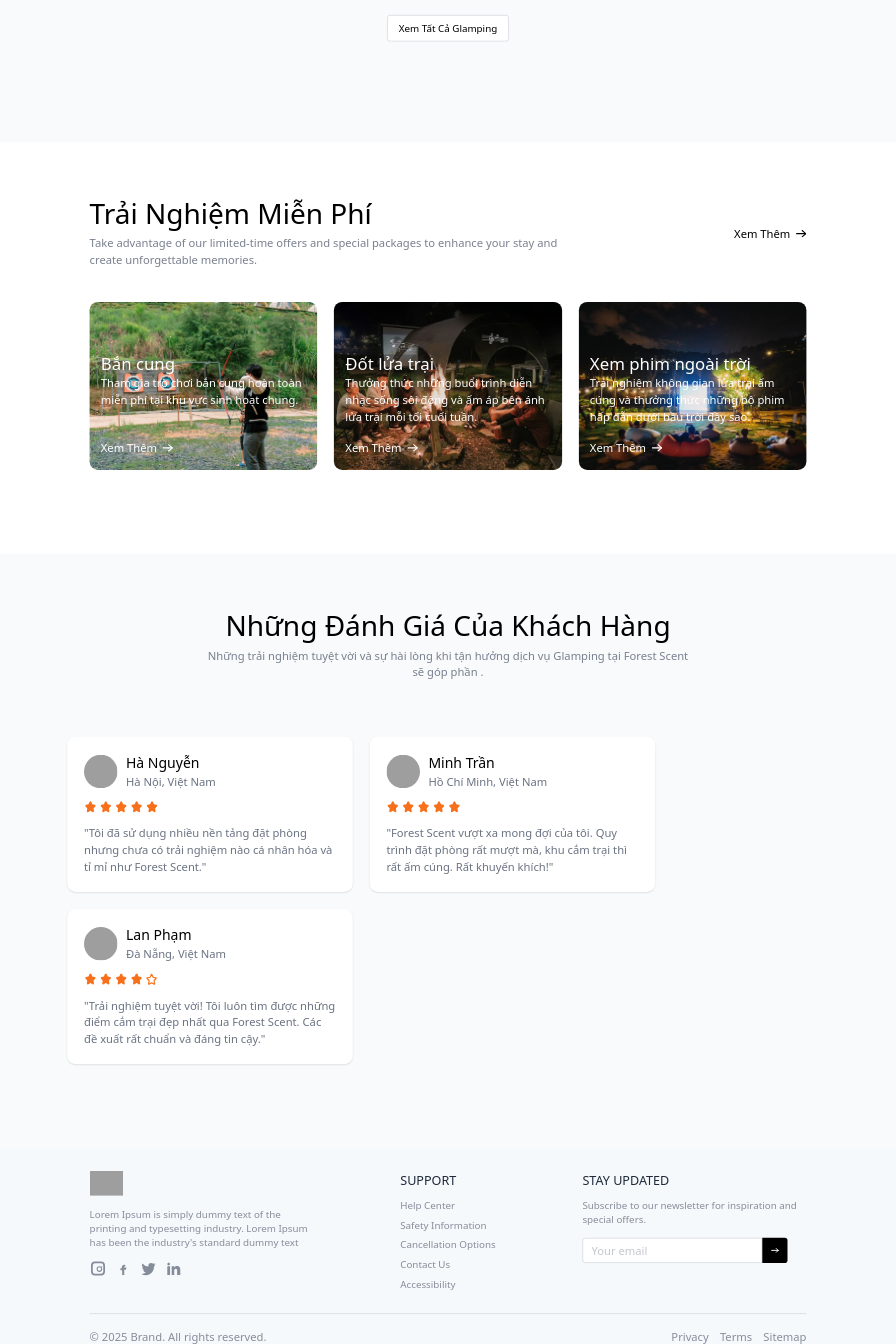
Repository: Ponn-Star/My-App
Page: / (app in FrontEnd/)
The author's editor kept a copy of each file at every save. The page is drawn from the files as they stood at one save, then again after the next save.
The browser window is 1280 px wide. The pictures show the part of the page from y = 1396 to 3316 px (the page is 3337 px tall), at 70% of full size.
Pictures or frames that could not be fetched are drawn as grey boxes. The page's requests for data from a server got no answer. The project was rebuilt for these pictures with package versions that can differ from the ones it lists, and the page was loaded fresh each time. Some packages were replaced by stand-ins written for this rebuild. No one was signed in, and anything a server would have sent is missing. Also part of the build but not shown: FrontEnd/vite.config.js, FrontEnd/src/assets/assets.js, FrontEnd/src/components/Admin/Navbar.jsx, FrontEnd/src/pages/AllRooms.jsx, FrontEnd/src/pages/RoomDetails.jsx, FrontEnd/src/pages/MyBookings.jsx, FrontEnd/src/components/Admin/Sidebar.jsx, FrontEnd/src/pages/Admin/Layout.jsx and 5 more.

Above is the page before, as saved 2025-06-06 00:16:07.

### FrontEnd/index.html
<!doctype html>
<html lang="en">
  <head>
    <meta charset="UTF-8" />
    <link rel="icon" type="image/svg+xml" href="/favicon.svg" />
    <meta name="viewport" content="width=device-width, initial-scale=1.0" />
    <title>Booking</title>
  </head>
  <body>
    <div id="root"></div>
    <script type="module" src="/src/main.jsx"></script>
  </body>
</html>

### FrontEnd/src/main.jsx
import { StrictMode } from 'react'
import { createRoot } from 'react-dom/client'
import './index.css'
import App from './App.jsx'
import { BrowserRouter } from 'react-router-dom'
import { ClerkProvider } from '@clerk/clerk-react'
import { AppProvider } from './conext/AppContext.jsx'

const PUBLISHABLE_KEY = import.meta.env.VITE_CLERK_PUBLISHABLE_KEY

if (!PUBLISHABLE_KEY) {
  throw new Error('Add your Clerk Publishable Key to the .env file')
}

createRoot(document.getElementById('root')).render(
  <ClerkProvider publishableKey={PUBLISHABLE_KEY} afterSignOutUrl="/">
    <BrowserRouter>
      <AppProvider>
        <App />
      </AppProvider>
    </BrowserRouter>
    </ClerkProvider>,
)

### FrontEnd/src/App.jsx
import React from 'react'
import Navbar from './components/Navbar'
import AdminNavbar from './components/Admin/Navbar'
import { Route, Routes, useLocation } from 'react-router-dom'
import Home from './pages/Home'
import AllRooms from './pages/AllRooms';
import RoomDetails from './pages/RoomDetails';
import Footer from './components/Footer';
import MyBookings from './pages/MyBookings';
import Layout from './pages/Admin/Layout';
import Dashboard from './pages/Admin/Dashboard';
import ListRoom from './pages/Admin/ListRoom';
import AddRoom from './pages/Admin/AddRoom';
import AdminRoute from './components/AdminRoute'
import { Toaster } from 'react-hot-toast';
import Loader from './components/Loader'

function App() {

  const location = useLocation();
  const isAdminRoute = location.pathname.startsWith('/admin');

  return (
    <div>
      <Toaster />
      {isAdminRoute ? <AdminNavbar /> : <Navbar />}
      <div className='min-h-[70vh]'>
        <Routes>
        <Route path='/' element={<Home />} />
        <Route path='/rooms' element={<AllRooms />} />
        <Route path='/rooms/:id' element={<RoomDetails />} />
        <Route path='/my-bookings' element={<MyBookings />} />
        <Route path='/loader/:nextUrl' element={<Loader/>} />

        <Route path='/admin' element={<Layout />}>
          <Route index element={
            <AdminRoute>
              <Dashboard />
            </AdminRoute>
          } />
          <Route path='add-room' element={
            <AdminRoute>
              <AddRoom />
            </AdminRoute>
          } />
          <Route path='list-room' element={
            <AdminRoute>
              <ListRoom />
            </AdminRoute>
          } />
        </Route>
      </Routes>
      </div>
      <Footer />
    </div>
  )
}

export default App

### FrontEnd/src/conext/AppContext.jsx
import axios from "axios";
import { createContext, useContext, useState } from "react";
import { useNavigate } from "react-router-dom";
import { useUser, useAuth} from "@clerk/clerk-react";
import { toast } from 'react-hot-toast';
import { useEffect } from "react";


axios.defaults.baseURL = import.meta.env.VITE_BACKEND_URL;

const AppContext = createContext();

export const AppProvider = ({ children }) => {

    const currency = import.meta.env.VITE_CURENCY || ".000 VND";
    const navigate = useNavigate();
    const {user} = useUser();
    const { getToken } = useAuth();

    const [isOwner, setIsOwner] = useState(false)
    const [showRoomReg, setRoomReg] = useState(false)
    const [searchedRoomType, setsearchedRoomType] = useState([])

    const fetchUser = async ()=>{
        try {
            const { data } = await axios.get('/api/user', {
                headers: { Authorization: `Bearer ${await getToken()}` }
            });

            if (data.success) {
                setIsOwner(data.role === "Admin");
                setsearchedRoomType(data.recentSearchedRoomType);
            } else {
                setTimeout(() => {
                fetchUser();
                }, 5000);
            }
            } catch (error) {
                toast.error(error.message)
            }
        }

        useEffect(()=> {
            if(user){
                fetchUser();
            }
        },[user])


  const value = {
        currency, navigate, user, getToken, isOwner, setIsOwner, axios, showRoomReg, setRoomReg, searchedRoomType, setsearchedRoomType
  }

  return (
    <AppContext.Provider value={value}>
      {children}
    </AppContext.Provider>
  )
}

export const useAppContext = ()=> useContext(AppContext);

### FrontEnd/src/pages/Home.jsx
import React from 'react'
import Hero from '../components/Hero'
import FeaturedDestination from '../components/FeaturedDestination'
import ExclusiveOffers from '../components/ExclusiveOffers'
import Testimonial from '../components/Testimonial'

const Home = () => {
  return (
    <>
      <Hero />
      <FeaturedDestination />
      <ExclusiveOffers />
      <Testimonial />
    </>
  )
}

export default Home

### FrontEnd/src/components/Footer.jsx
import React from 'react'

const Footer = () => {
    return (
        <div className='bg-[#F6F9FC] text-gray-500/80 pt-8 px-6 md:px-16 lg:px-24 xl:px-32'>
            <div className='flex flex-wrap justify-between gap-12 md:gap-6'>
                <div className='max-w-80'>
                    <img src="https://raw.githubusercontent.com/prebuiltui/prebuiltui/main/assets/dummyLogo/dummyLogoColored.svg" alt="logo" className='mb-4 h-8 md:h-9' />
                    <p className='text-sm'>
                        Lorem Ipsum is simply dummy text of the printing and typesetting industry. Lorem Ipsum has been the industry's standard dummy text
                    </p>
                    <div className='flex items-center gap-3 mt-4'>
                        {/* Instagram */}
                        <svg className="w-6 h-6" fill="currentColor" viewBox="0 0 24 24">
                            <path d="M7.75 2A5.75 5.75 0 002 7.75v8.5A5.75 5.75 0 007.75 22h8.5A5.75 5.75 0 0022 16.25v-8.5A5.75 5.75 0 0016.25 2h-8.5zM4.5 7.75A3.25 3.25 0 017.75 4.5h8.5a3.25 3.25 0 013.25 3.25v8.5a3.25 3.25 0 01-3.25 3.25h-8.5a3.25 3.25 0 01-3.25-3.25v-8.5zm9.5 1a4 4 0 11-4 4 4 4 0 014-4zm0 1.5a2.5 2.5 0 102.5 2.5 2.5 2.5 0 00-2.5-2.5zm3.5-.75a.75.75 0 11.75-.75.75.75 0 01-.75.75z" />
                        </svg>
                        {/* Facebook */}
                        <svg className="w-6 h-6" fill="currentColor" viewBox="0 0 24 24">
                            <path d="M13.5 9H15V6.5h-1.5c-1.933 0-3.5 1.567-3.5 3.5v1.5H8v3h2.5V21h3v-7.5H16l.5-3h-3z" />
                        </svg>
                        {/* Twitter */}
                        <svg className="w-6 h-6" fill="currentColor" viewBox="0 0 24 24">
                            <path d="M22 5.92a8.2 8.2 0 01-2.36.65A4.1 4.1 0 0021.4 4a8.27 8.27 0 01-2.6 1A4.14 4.14 0 0016 4a4.15 4.15 0 00-4.15 4.15c0 .32.04.64.1.94a11.75 11.75 0 01-8.52-4.32 4.14 4.14 0 001.29 5.54A4.1 4.1 0 013 10v.05a4.15 4.15 0 003.33 4.07 4.12 4.12 0 01-1.87.07 4.16 4.16 0 003.88 2.89A8.33 8.33 0 012 19.56a11.72 11.72 0 006.29 1.84c7.55 0 11.68-6.25 11.68-11.67 0-.18 0-.35-.01-.53A8.18 8.18 0 0022 5.92z" />
                        </svg>
                        {/* LinkedIn */}
                        <svg className="w-6 h-6" fill="currentColor" viewBox="0 0 24 24">
                            <path d="M4.98 3.5C3.88 3.5 3 4.38 3 5.48c0 1.1.88 1.98 1.98 1.98h.02c1.1 0 1.98-.88 1.98-1.98C6.98 4.38 6.1 3.5 4.98 3.5zM3 8.75h3.96V21H3V8.75zm6.25 0h3.8v1.68h.05c.53-.98 1.82-2.02 3.75-2.02 4.01 0 4.75 2.64 4.75 6.07V21H17v-5.63c0-1.34-.03-3.07-1.88-3.07-1.88 0-2.17 1.47-2.17 2.98V21H9.25V8.75z" />
                        </svg>
                    </div>
                </div>

                <div>
                    <p className='text-lg text-gray-800'>SUPPORT</p>
                    <ul className='mt-3 flex flex-col gap-2 text-sm'>
                        <li><a href="#">Help Center</a></li>
                        <li><a href="#">Safety Information</a></li>
                        <li><a href="#">Cancellation Options</a></li>
                        <li><a href="#">Contact Us</a></li>
                        <li><a href="#">Accessibility</a></li>
                    </ul>
                </div>

                <div className='max-w-80'>
                    <p className='text-lg text-gray-800'>STAY UPDATED</p>
                    <p className='mt-3 text-sm'>
                        Subscribe to our newsletter for inspiration and special offers.
                    </p>
                    <div className='flex items-center mt-4'>
                        <input type="text" className='bg-white rounded-l border border-gray-300 h-9 px-3 outline-none' placeholder='Your email' />
                        <button className='flex items-center justify-center bg-black h-9 w-9 aspect-square rounded-r'>
                            {/* Arrow icon */}
                            <svg className="w-4 h-4 text-white" aria-hidden="true" xmlns="http://www.w3.org/2000/svg" width="24" height="24" fill="none" viewBox="0 0 24 24"><path stroke="currentColor" strokeLinecap="round" strokeLinejoin="round" strokeWidth="2" d="M19 12H5m14 0-4 4m4-4-4-4" /></svg>
                        </button>
                    </div>
                </div>
            </div>
            <hr className='border-gray-300 mt-8' />
            <div className='flex flex-col md:flex-row gap-2 items-center justify-between py-5'>
                <p>© {new Date().getFullYear()} Brand. All rights reserved.</p>
                <ul className='flex items-center gap-4'>
                    <li><a href="#">Privacy</a></li>
                    <li><a href="#">Terms</a></li>
                    <li><a href="#">Sitemap</a></li>
                </ul>
            </div>
        </div>
    );
};

export default Footer;

### FrontEnd/src/components/Hero.jsx
import React from 'react'
import { roomTypes } from '../assets/assets'

const Hero = () => {
  return (
    <div className='flex flex-col items-start justify-center px-6 md:px-16 lg:px-24 xl:px-32 text-white bg-[url("/src/assets/nen.jpg")] bg-no-repeat bg-cover bg-center h-screen'>
      <p className="bg-[#49B9FF]/50 px-3.5 py-1 rounded-full mt-20">The Premium Glamping</p>
      <h1 className="font-playfair text-2x1 md:text-5x1 md:text-[50px] md:leading-[56px] font-bold md:font-extrabold max-w-xl mt-4">CỰC CHILL CẮM TRẠI BBQ TRƯỚC LỀU!</h1>
      <p className="max-w-170 mt-2 text-sm md:text-base">Giữa rừng thông lặng lẽ, 𝐅𝐨𝐫𝐞𝐬𝐭 𝐒𝐜𝐞𝐧𝐭 𝐆𝐥𝐚𝐦𝐩𝐢𝐧𝐠 & 𝐂𝐚𝐦𝐩𝐢𝐧𝐠 không ồn ào, không vội vã, không deadline. Chỉ cần xách balo lên và để 𝐅𝐨𝐫𝐞𝐬𝐭 𝐒𝐜𝐞𝐧𝐭 lo. Mọi thứ đã sẵn sàng để bạn “nghỉ ngơi” đúng nghĩa</p>

      <form className='bg-white text-gray-500 rounded-lg px-6 py-4 flex flex-col md:flex-row max-md:items-start gap-4 max-md:mx-auto mt-10'>

            <div>
                <div className='flex items-center gap-2'>
                    <svg className="w-4 h-4 text-gray-800" aria-hidden="true" xmlns="http://www.w3.org/2000/svg" width="24" height="24" fill="none" viewBox="0 0 24 24" >
                        <path stroke="currentColor" strokeLinecap="round" strokeLinejoin="round" strokeWidth="2" d="M4 10h16M8 14h8m-4-7V4M7 7V4m10 3V4M5 20h14a1 1 0 0 0 1-1V7a1 1 0 0 0-1-1H5a1 1 0 0 0-1 1v12a1 1 0 0 0 1 1Z" />
                    </svg>
                    <label htmlFor="destinationInput">Destination</label>
                </div>
                <input list='destinations' id="destinationInput" type="text" className=" rounded border border-gray-200 px-3 py-1.5 mt-1.5 text-sm outline-none" placeholder="Type here" required />
                <datalist id='destinations'>
                  {roomTypes.map((city, index) => (
                    <option value={index} key={city}/>
                  ))}
                  /</datalist>
            </div>

            <div>
                <div className='flex items-center gap-2'>
                    <svg className="w-4 h-4 text-gray-800" aria-hidden="true" xmlns="http://www.w3.org/2000/svg" width="24" height="24" fill="none" viewBox="0 0 24 24" >
                        <path stroke="currentColor" strokeLinecap="round" strokeLinejoin="round" strokeWidth="2" d="M4 10h16M8 14h8m-4-7V4M7 7V4m10 3V4M5 20h14a1 1 0 0 0 1-1V7a1 1 0 0 0-1-1H5a1 1 0 0 0-1 1v12a1 1 0 0 0 1 1Z" />
                    </svg>
                    <label htmlFor="checkIn">Check in</label>
                </div>
                <input id="checkIn" type="date" className=" rounded border border-gray-200 px-3 py-1.5 mt-1.5 text-sm outline-none" />
            </div>

            <div>
                <div className='flex items-center gap-2'>
                    <svg className="w-4 h-4 text-gray-800" aria-hidden="true" xmlns="http://www.w3.org/2000/svg" width="24" height="24" fill="none" viewBox="0 0 24 24" >
                        <path stroke="currentColor" strokeLinecap="round" strokeLinejoin="round" strokeWidth="2" d="M4 10h16M8 14h8m-4-7V4M7 7V4m10 3V4M5 20h14a1 1 0 0 0 1-1V7a1 1 0 0 0-1-1H5a1 1 0 0 0-1 1v12a1 1 0 0 0 1 1Z" />
                    </svg>
                    <label htmlFor="checkOut">Check out</label>
                </div>
                <input id="checkOut" type="date" className=" rounded border border-gray-200 px-3 py-1.5 mt-1.5 text-sm outline-none" />
            </div>

            <div className='flex md:flex-col max-md:gap-2 max-md:items-center'>
                <label htmlFor="guests">Guests</label>
                <input min={1} max={4} id="guests" type="number" className=" rounded border border-gray-200 px-3 py-1.5 mt-1.5 text-sm outline-none  max-w-16" placeholder="0" />
            </div>

            <button className='flex items-center justify-center gap-1 rounded-md bg-black py-3 px-4 text-white my-auto cursor-pointer max-md:w-full max-md:py-1' >
                <svg className="w-4 h-4 text-white" aria-hidden="true" xmlns="http://www.w3.org/2000/svg" width="24" height="24" fill="none" viewBox="0 0 24 24" >
                    <path stroke="currentColor" strokeLinecap="round" strokeWidth="2" d="m21 21-3.5-3.5M17 10a7 7 0 1 1-14 0 7 7 0 0 1 14 0Z" />
                </svg>
                <span>Search</span>
            </button>
        </form>
    </div>
  )
}

export default Hero

### FrontEnd/src/components/FeaturedDestination.jsx
import React from 'react'
import HotelCard from './HotelCard'
import { Rooms } from '../assets/assets'
import Title from './Title'
import { useNavigate } from 'react-router-dom'

const FeaturedDestination = () => {

  const navigate = useNavigate()

  return (
    <div className='flex flex-col items-center px-6 md:px-16 lg:px-24 bg-slate-50 py-20'>

        <Title title='Glampings' subTitle='Khám phá và trải nghiệm những dịch vụ mà Forest Scent mang đến cho bạn. Hãy lựa chọn Glamping – nơi hòa quyện giữa thiên nhiên hoang dã và tiện nghi sang trọng, mang đến cho bạn trải nghiệm khó quên.' />

        <div className='flex flex-wrap items-center justify-between gap-6 mt-20'>
        {Rooms.slice(0, 4).map((room, index) => (
            <HotelCard key={room._id} room={room} index={index} />
        ))}
        </div>

        <button onClick={() => { navigate('/rooms'); scrollTo(0, 0); }}
        className="my-16 px-4 py-2 text-sm font-medium border border-gray-300 rounded bg-white hover:bg-gray-50 transition-all cursor-pointer">
          Xem Tất Cả Glamping
        </button>
    </div>
  )
}

export default FeaturedDestination

### FrontEnd/src/components/ExclusiveOffers.jsx
import React from 'react'
import Title from './Title'
import { assets, services } from '../assets/assets'

const ExclusiveOffers = () => {
  return (
    <div className='flex flex-col items-center px-6 md:px-16 lg:px-24 xl:px-32 pt-20 pb-30'>
      <div className='flex flex-col md:flex-row items-center justify-between w-full'>
        <Title align='left' title='Trải Nghiệm Miễn Phí' subTitle='Take advantage of our limited-time offers and special packages to enhance your stay and create unforgettable memories.'/>
        <button className='group flex items-center gap-2 font-medium cursor-pointer max-md:mt-12'>
            Xem Thêm
            <img src={assets.arrowIcon} alt="arrow-icon"
            className='group-hover:translate-x-1 transition-all'/>
        </button>
      </div>

      <div className='grid grid-cols-1 md:grid-cols-2 lg:grid-cols-3 gap-6 mt-12'>
        {services.map((item) => (
            <div key={item._id} className='group relative flex flex-col items-start justify-between gap-1 pt-12 md:pt-18 px-4 rounded-xl text-white bg-no-repeat bg-cover bg-center'
            style={{ backgroundImage: `url(${item.image})` }}>
                <div>
                    <p className='text-2xl font-medium font-playfair'>{item.title}</p>
                    <p>{item.description}</p>
                </div>
                <button className='flex items-center gap-2 font-medium cursor-pointer mt-4 mb-5'>
                    Xem Thêm
                    <img className='invert group-hover:translate-x-1 transition-all'
                    src={assets.arrowIcon} alt=""
                    />
                </button>
            </div>
        ))}
      </div>
    </div>
  )
}

export default ExclusiveOffers

### FrontEnd/src/components/Testimonial.jsx
import React from 'react'
import Title from './Title'
import { testimonials } from '../assets/assets'
import StarRating from './StarRating'

const Testimonial = () => {
  return (
    <div className='flex flex-col items-center px-6 md:px-16 lg:px-24 bg-slate-50 pt-20 pb-30'>
      <Title
        title="Những Đánh Giá Của Khách Hàng"
        subTitle="Những trải nghiệm tuyệt vời và sự hài lòng khi tận hưởng dịch vụ Glamping tại Forest Scent sẽ góp phần ."
      />

      <div className="flex flex-wrap items-center gap-6 mt-20">
        {testimonials.length === 0 && (
          <p className="text-gray-400">Không có dữ liệu đánh giá.</p>
        )}
        {testimonials.map((t, idx) => (
          <div key={idx} className="bg-white p-6 rounded-xl shadow">
            <div className="flex items-center gap-3">
              <img className="w-12 h-12 rounded-full" src={t.image} alt={t.name} />
              <div>
                <p className="font-playfair text-xl">{t.name}</p>
                <p className="text-gray-500">{t.address}</p>
              </div>
            </div>
            <div className="flex items-center gap-1 mt-4">
              <StarRating rating={t.rating} />
            </div>
            <p className="text-gray-500 max-w-90 mt-4">"{t.review}"</p>
          </div>
        ))}
      </div>
    </div>
  )
}

export default Testimonial

### FrontEnd/src/components/StarRating.jsx
import React from 'react'
import { assets } from '../assets/assets'


const StarRating = ({rating = 4}) => {
  return (
    <>
      {Array(5).fill('').map((_, index) => (
            <img src={rating > index ? assets.starIconFilled : assets.starIconOutlined} alt="star-icon" className='w-4.5 h-4.5'/>
        ))}
    </>
  )
}

export default StarRating

### FrontEnd/src/components/Title.jsx
import React from 'react'

const Title = ({title, subTitle, align, font}) => {
    return (
        <div className={`flex flex-col justify-center items-center text-center ${align === "left" && "md:items-start md:text-left"}`}>
          <h1 className={`text-4xl md:text-[40px] ${font || "font-playfair"}`}>{title}</h1>
          <p className="text-sm md:text-base text-gray-500/90 mt-2 max-w-174">{subTitle}</p>
        </div>
  )
}

export default Title

### FrontEnd/src/components/HotelCard.jsx
import React from 'react'
import { Link } from 'react-router-dom'
import { assets } from '../assets/assets'

const HOTEL_NAME = "Forest Scent Glamping"
const HOTEL_ADDRESS = "86 Khe Sanh, Phường 10, Thành Phố Đà Lạt, Đà Lạt, Vietnam"

const HotelCard = ({ room, index }) => {
  return (
    <Link
      to={'/room/' + room._id}
      onClick={() => window.scrollTo(0, 0)}
      className='relative max-w-70 w-full rounded-xl overflow-hidden bg-white text-gray-500/90 shadow-[0px_4px_4px_rgba(0,0,0,0.05)]'
    >
      <img src={room.images[0]} alt={room.roomType} className="w-full object-cover" />

      {index % 2 === 0 && (
        <p className='px-3 py-1 absolute top-3 left-3 text-xs bg-white text-gray-800 font-medium rounded-full'>
          Best Seller
        </p>
      )}

      <div className='p-4 pt-5'>
        <div className='flex items-center justify-between'>
          <p className='font-playfair text-xl font-medium text-gray-800'>{room.roomType}</p>
          <div className='flex items-center gap-1'>
            <img src={assets.starIconFilled} alt="star-icon" className="w-4 h-4" /> 4.5
          </div>
        </div>

        <div className='flex items-center gap-1 text-sm mt-1'>
          <img src={assets.locationIcon} alt="location-icon" className="w-4 h-4" />
          <span>{HOTEL_ADDRESS}</span>
        </div>

        <div className='flex items-center justify-between mt-4'>
          <p>
            <span className='text-xl text-gray-800'>{room.pricePerNight}</span>.000/Đêm
          </p>
          <button className='px-4 py-2 text-sm font-medium border border-gray-300 rounded bg-gray-50 transition-all cursor-pointer'>
            Book Now
          </button>
        </div>
      </div>
    </Link>
  )
}

export default HotelCard

Loaded but not shown: FrontEnd/src/index.css (common file); FrontEnd/src/components/Navbar.jsx (125 lines, source omitted)

After the next save:
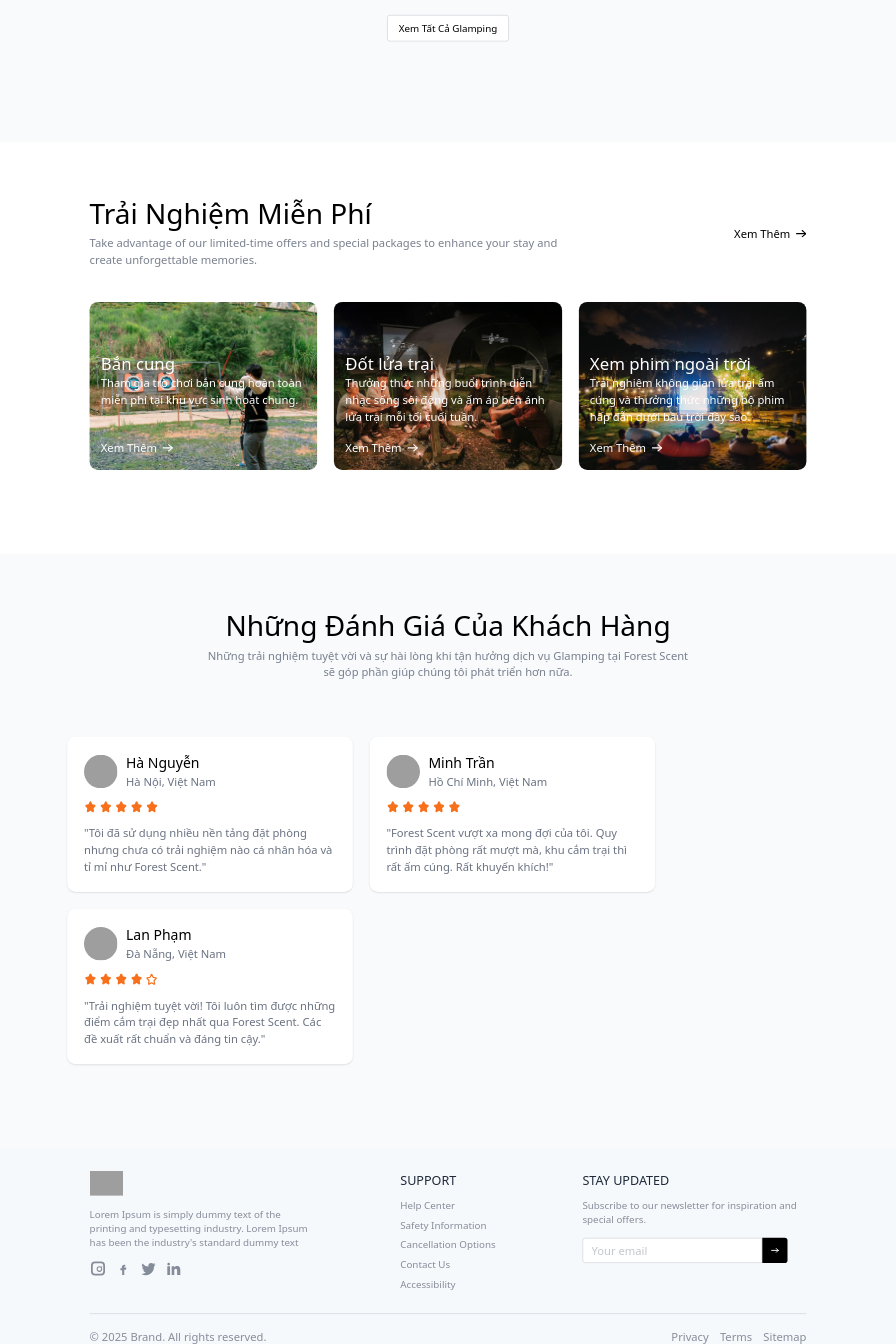
Saved 36 s later.
--- a/FrontEnd/src/components/Testimonial.jsx
+++ b/FrontEnd/src/components/Testimonial.jsx
@@ -8,7 +8,7 @@ const Testimonial = () => {
     <div className='flex flex-col items-center px-6 md:px-16 lg:px-24 bg-slate-50 pt-20 pb-30'>
       <Title
         title="Những Đánh Giá Của Khách Hàng"
-        subTitle="Những trải nghiệm tuyệt vời và sự hài lòng khi tận hưởng dịch vụ Glamping tại Forest Scent sẽ góp phần ."
+        subTitle="Những trải nghiệm tuyệt vời và sự hài lòng khi tận hưởng dịch vụ Glamping tại Forest Scent sẽ góp phần giúp chúng tôi phát triển hơn nữa."
       />
 
       <div className="flex flex-wrap items-center gap-6 mt-20">
